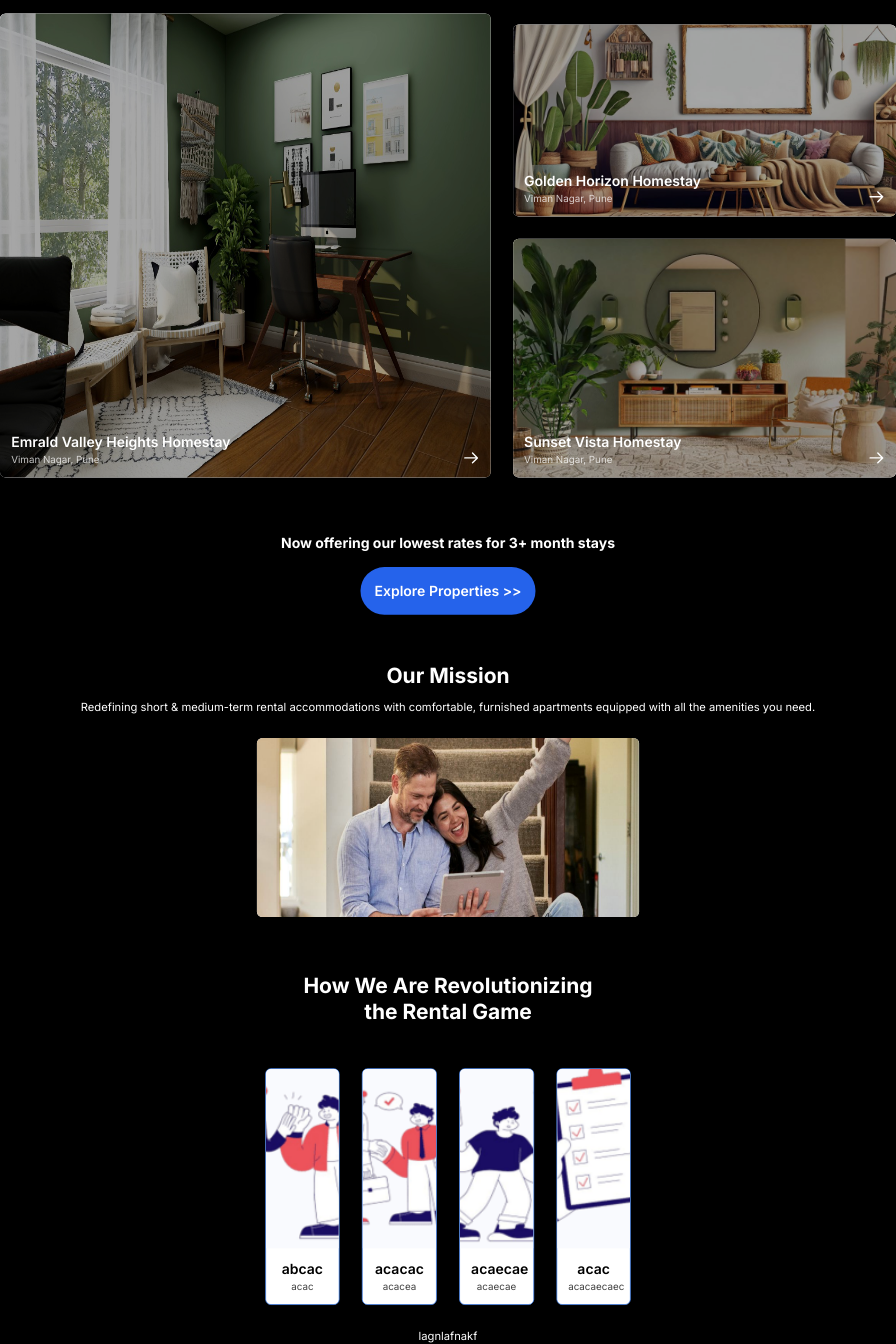
Repository: aditya-jha-kumar/BleisureHosting-V1
Page: /home
An editor plug-in stored every save of this project. The page is shown before and after a run of saves, followed by the edit.
The browser window is 1280 px wide. The pictures show the part of the page from y = 913 to 2833 px (the page is 2833 px tall), at 70% of full size.
The project was rebuilt for these pictures with package versions that can differ from the ones it lists, and the page was loaded fresh each time. The framework's server and built-in components were replaced by stand-ins that run in the browser. Also part of the build but not shown: next.config.mjs.

Above is the page before, as saved 2024-06-12 15:40:20.

After the next 2 saves:
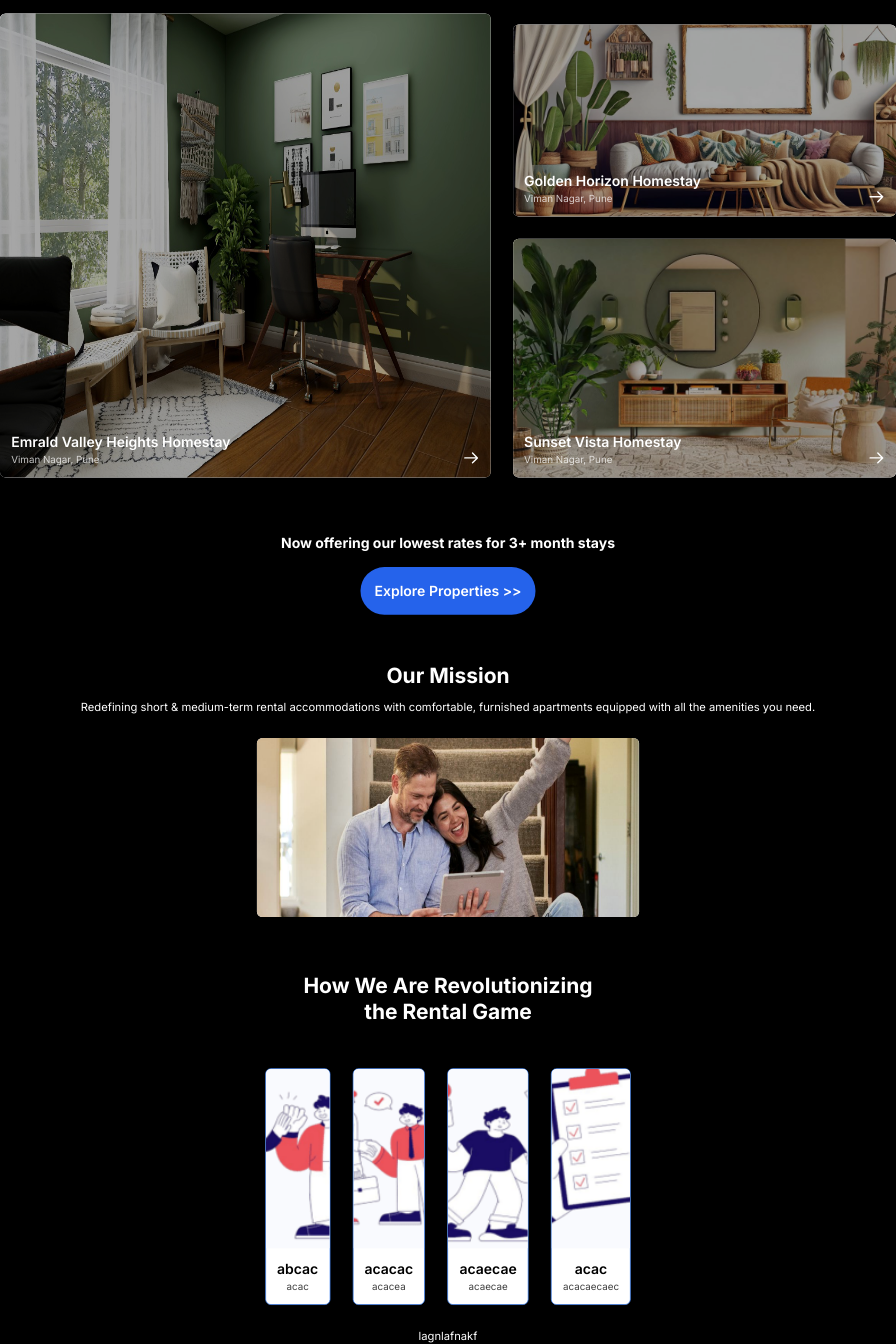
The 2 saves are shown as one change because they came seconds apart.
The last was saved 18 s later.
--- a/src/components/Card2.tsx
+++ b/src/components/Card2.tsx
@@ -10,7 +10,7 @@ interface CardProps {
 
 const Card2 = ({ imageSrc, largeText, smallText }: CardProps) => {
   return (
-    <div className="relative w-full h-auto bg-white border border-blue-500 rounded-lg shadow-md overflow-hidden my-8">
+    <div className="relative w-50 h-auto bg-white border border-blue-500 rounded-lg shadow-md overflow-hidden my-8">
       {/* Background Image */}
       <div
         className="w-full h-64 bg-cover bg-center"
